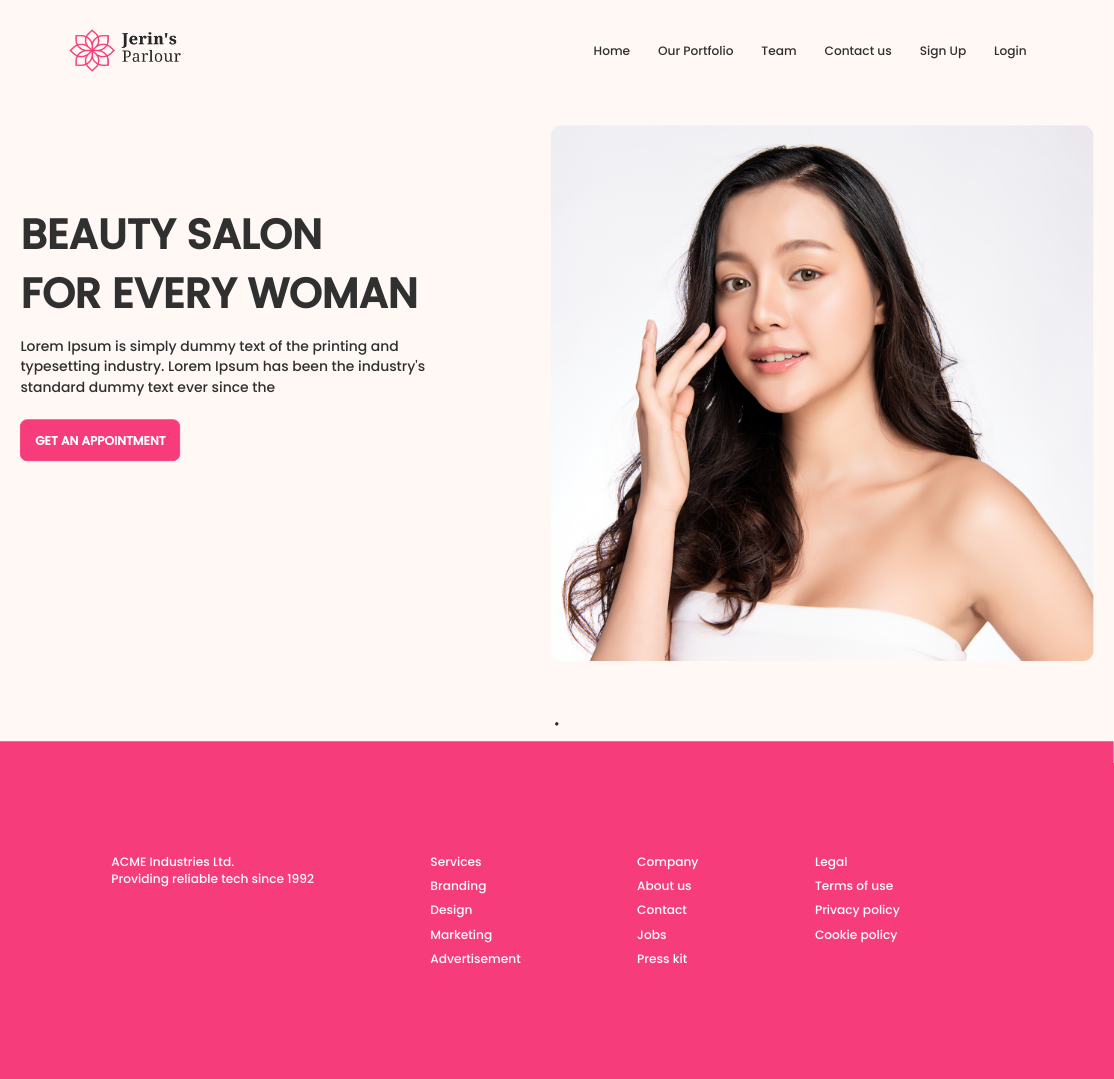
Repository: Wahid137/jerins-parlour-client
Page: /
The author's editor kept a copy of each file at every save. The page is drawn from the files as they stood at one save, then again after the next save.
The browser window is 1280 px wide. The pictures show the whole page, at 87% of full size.
The page's requests for data from a server got no answer. The project was rebuilt for these pictures with package versions that can differ from the ones it lists, and the page was loaded fresh each time. No one was signed in, and anything a server would have sent is missing. Also part of the build but not shown: src/App.css, src/Pages/Home/Services/ServicesCard.js.

Above is the page before, as saved 2023-07-16 03:53:07.

After the next save:
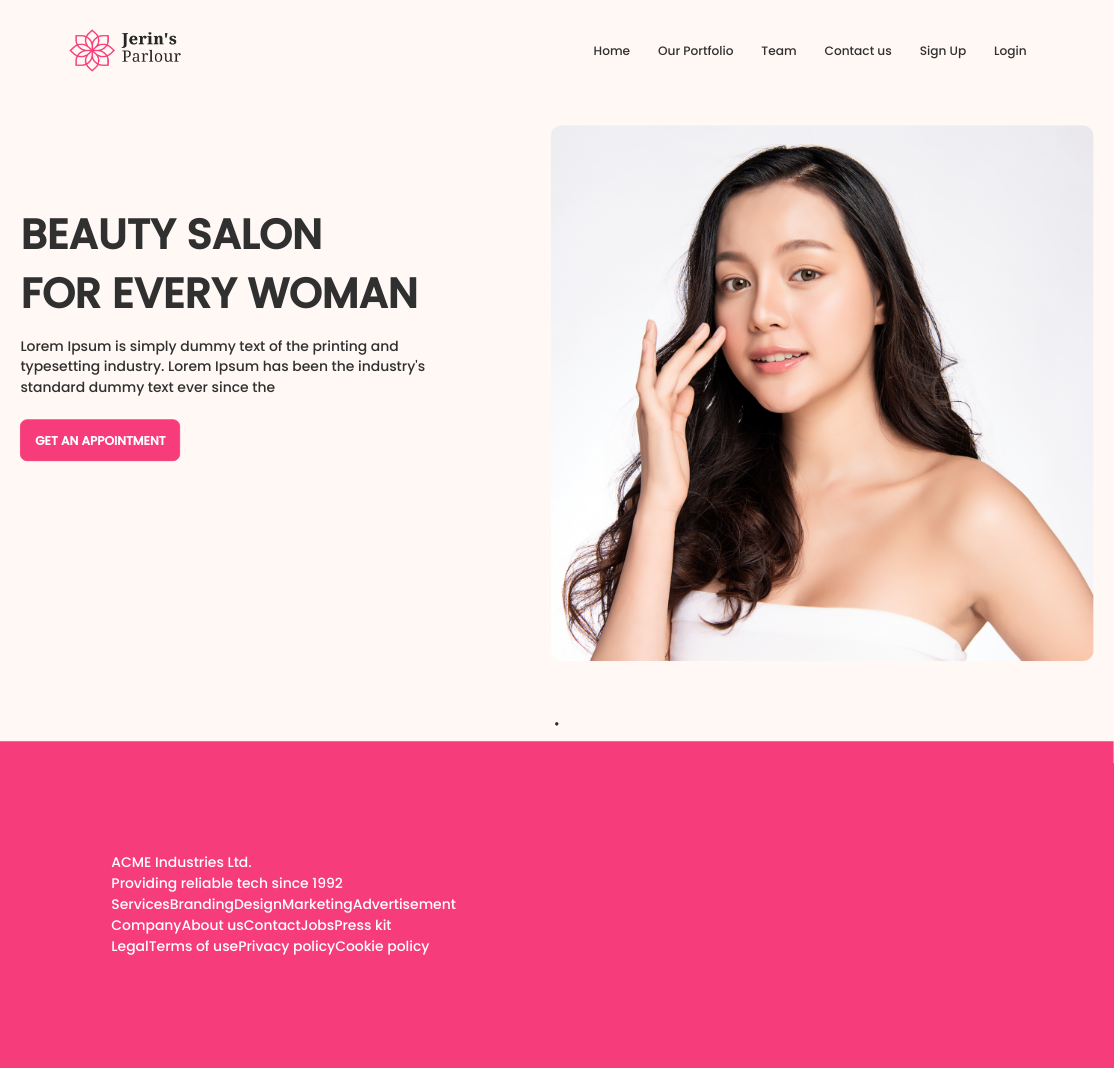
Saved 95 s later.
--- a/src/Shared/Footer/Footer.js
+++ b/src/Shared/Footer/Footer.js
@@ -3,7 +3,7 @@
 
 const Footer = () => {
     return (
-        <footer className="footer p-32 bg-primary text-white w-full]">
+        <footer className=" p-32 bg-primary text-white w-full]">
             <div>
                 <p>ACME Industries Ltd.<br />Providing reliable tech since 1992</p>
             </div>

After the save that followed:
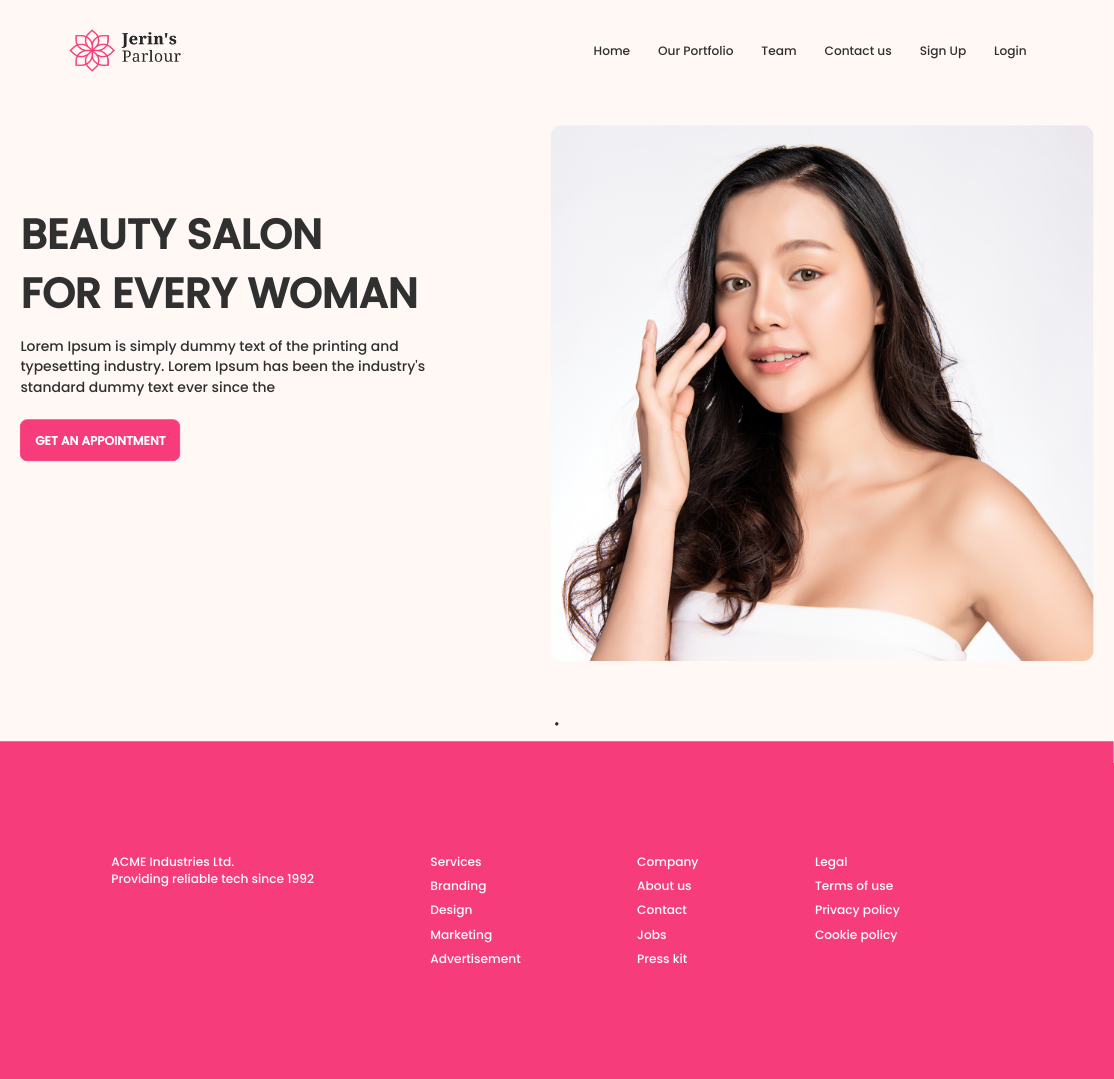
Saved 17 s later.
--- a/src/Shared/Footer/Footer.js
+++ b/src/Shared/Footer/Footer.js
@@ -3,7 +3,7 @@
 
 const Footer = () => {
     return (
-        <footer className=" p-32 bg-primary text-white w-full]">
+        <footer className="footer p-32 bg-primary text-white w-full]">
             <div>
                 <p>ACME Industries Ltd.<br />Providing reliable tech since 1992</p>
             </div>
